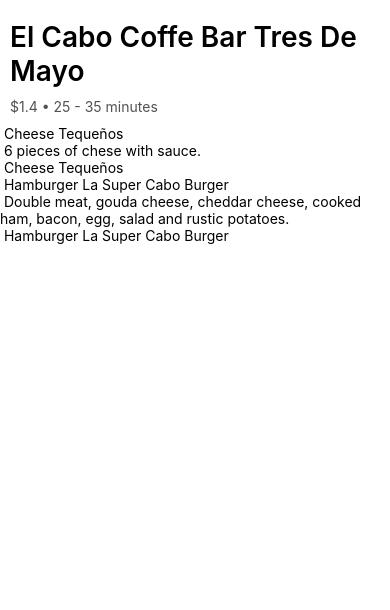
Repository: leroy-netizen/rn-uber-eats-client
Screen: /
An editor plug-in stored every save of this project. The screen is shown before and after the next save, followed by the edit.
The pictures show rows 234 to 844 of an output 844 px tall.
The app was drawn by React Native's web renderer in a window 390 px wide. The project was rebuilt for these pictures with package versions that can differ from the ones it lists, and the page was loaded fresh each time. Also part of the build but not shown: src/components/restaurantItem/RestaurantItem.jsx, src/screens/HomeScreen/index.js.

Above is the screen before, as saved 2023-01-16 16:25:08.

### App.js
import { StatusBar } from "expo-status-bar";
import { StyleSheet, Text, View, FlatList } from "react-native";
import HomeScreen from "./src/screens/HomeScreen/index.js";
import RestaurantDetails from "./src/screens/ResturantDetailsScreen/index.js";
export default function App() {
  return (
    <View style={styles.container}>
      {/* <HomeScreen /> */}
      <RestaurantDetails />
      <StatusBar style="light" />
    </View>
  );
}

const styles = StyleSheet.create({
  container: {
    flex: 1,
    backgroundColor: "#fff",
    alignItems: "center",
    justifyContent: "center",
    // padding: 10,
    // paddingVertical: 30,
  },
});

### src/screens/ResturantDetailsScreen/index.js
import { View, Text, Image, StyleSheet, FlatList } from "react-native";
import { Ionicons } from "@expo/vector-icons";
import restaurants from "../../../assets/data/restaurants.json";
import DishListItem from "../../components/DishListItem";
const restaurant = restaurants[0];
const RestaurantDetails = () => {
  return (
    <View style={styles.page}>
      <Image
        source={{ uri: restaurant.image }}
        style={styles.image}
        resizeMode="cover"
      />
      <View style={styles.iconContainer}>
        <Ionicons name="arrow-back-circle" size={35} color="white" />
      </View>
      <View style={styles.container}>
        <Text style={styles.title}>{restaurant.name}</Text>
        <Text style={styles.subtitle}>
          ${restaurant.deliveryFee} &#8226; {restaurant.minDeliveryTime} -{" "}
          {restaurant.maxDeliveryTime} minutes
        </Text>
          </View>
          <DishListItem dish={ restaurant.dishes[0]} />
          <DishListItem dish={ restaurant.dishes[1]} />
    </View>
  );
};

const styles = StyleSheet.create({
  page: {
    flex: 1,
  },
  image: {
    width: "100%",
    aspectRatio: 5 / 3,
  },
  iconContainer: {
    position: "absolute",
    top: 35,
    left: 15,
  },
  container: {
    margin: 10,
  },
  title: {
    fontWeight: "600",
    fontSize: 28,
    marginVertical: 10,
  },
  subtitle: {
    color: "#525252",
  },
});

export default RestaurantDetails;

### assets/data/restaurants.json
[
  {
    "id": "1",
    "name": "El Cabo Coffe Bar Tres De Mayo",
    "deliveryFee": 1.4,
    "minDeliveryTime": 25,
    "maxDeliveryTime": 35,
    "rating": 4.0,
    "image": "https://notjustdev-dummy.s3.us-east-2.amazonaws.com/uber-eats/restaurant1.jpeg",
    "dishes": [
      {
        "name": "Cheese Tequeños",
        "description": "6 pieces of chese with sauce.",
        "price": 6.9,
        "image": "https://notjustdev-dummy.s3.us-east-2.amazonaws.com/uber-eats/restaurant2.jpeg"
      },
      {
        "name": "Hamburger La Super Cabo Burger",
        "description": "Double meat, gouda cheese, cheddar cheese, cooked ham, bacon, egg, salad and rustic potatoes.",
        "price": 8.9,
        "image": "https://notjustdev-dummy.s3.us-east-2.amazonaws.com/uber-eats/restaurant3.jpeg"
      },
      {
        "name": "U.S.A. Burger",
        "description": "Beef, gouda cheese, cheddar cheese, cooked ham, bacon, egg and salad.",
        "price": 5.4
      },
      {
        "name": "Slices of Llanero Cheese",
        "description": "Ripe plantain with cheese and palm honey.",
        "price": 5.9
      },
      {
        "name": "Papas Locas El Cabo",
        "description": "French fries with shredded chicken, gouda cheese and ham.",
        "price": 7.9
      }
    ]
  },
  {
    "id": "2",
    "name": "Tony Roma's - C.C. Meridiano",
    "deliveryFee": 0.4,
    "minDeliveryTime": 25,
    "maxDeliveryTime": 35,
    "rating": 4.7,
    "image": "https://notjustdev-dummy.s3.us-east-2.amazonaws.com/uber-eats/restaurant2.jpeg",
    "dishes": [
      {
        "name": "Cajun Ribs",
        "description": "For lovers of a spicy touch. Ribs bathed in our Original sauce accompanied by Cajun spices. Served with French fries and coleslaw.",
        "price": 18.95
      },
      {
        "name": "The Original Baby Backs",
        "description": "The house specialty. Pork ribs cooked on the barbecue and marinated with our original barbecue sauce. Served with French fries and coleslaw.",
        "price": 19.95
      },
      {
        "name": "Carolina Honey",
        "description": "Our famous ribs marinated with our Carolina honey sauce, a mixture of honey with our original sauce. Ideal for those looking for a sweet touch. Served with French fries and coleslaw.",
        "price": 18.95,
        "image": "https://notjustdev-dummy.s3.us-east-2.amazonaws.com/uber-eats/restaurant2.jpeg"
      },
      {
        "name": "Onion Rings",
        "description": "Los tradicionales aros de cebolla de tony roma's dorados, crujientes y ligeros. Únicos en el mundo, acompañados de salsa BBQ.",
        "price": 6.95
      },
      {
        "name": "Nachos Tony Roma's",
        "description": "The best selling nachos! with our blend of melted cheeses, accompanied by guacamole, crispy bacon, ranch beans, and sour cream.",
        "price": 10.95
      }
    ]
  },
  {
    "id": "3",
    "name": "Brothers Barbecue",
    "deliveryFee": 1.4,
    "minDeliveryTime": 20,
    "maxDeliveryTime": 30,
    "rating": 4.3,
    "image": "https://notjustdev-dummy.s3.us-east-2.amazonaws.com/uber-eats/restaurant3.jpeg",
    "dishes": [
      {
        "name": "Burger Mustang",
        "description": "Homemade bread, burger sauce, lettuce, sweet and sour pickle, bacon, cheddar and BBQ sauce. Beef 180 grams.",
        "price": 5.9
      },
      {
        "name": "Alabama bread",
        "description": "Artisan bread, butter sauce, garlic, BBQ chicken and cheddar.",
        "price": 3.0
      },
      {
        "name": "New York Burger",
        "description": "Homemade bread, lettuce, burger sauce, 180 grams of beef, goat cheese and roasted apple.",
        "price": 5.9
      },
      {
        "name": "Mac & Cheese Burger",
        "description": "Homemade bread, lettuce, burger sauce, 180 grams of beef, mac and cheese, and American-style bacon.",
        "price": 5.9
      },
      {
        "name": "Nachos Brothers",
        "description": "Nachos, guacamole, cheddar sauce, beans, bacon, and cream cheese.",
        "price": 5.2
      }
    ]
  },
  {
    "id": "4",
    "name": "Hamburguesa Nostra La Salle",
    "deliveryFee": 0.9,
    "minDeliveryTime": 30,
    "maxDeliveryTime": 40,
    "rating": 4.5,
    "image": "https://notjustdev-dummy.s3.us-east-2.amazonaws.com/uber-eats/restaurant4.jpeg",
    "dishes": [
      {
        "name": "English burger",
        "description": "Beef with bacon, portobello mushrooms, tomato, cheddar cheese, grilled egg and our smoked sauce.",
        "price": 14.9
      },
      {
        "name": "Mexican Burger",
        "description": "Beef, with pico de gallo, veggie chili, cheddar cheese, guacamole and smoked sauce.",
        "price": 14.9
      },
      {
        "name": "Tequeños",
        "description": "Crispy sticks filled with melted cheese accompanied by tomato chutney.",
        "price": 9.9
      },
      {
        "name": "Starters Combo",
        "description": "Tequeños, crispy onion and chicken delicacies.",
        "price": 13.9
      },
      {
        "name": "Cesar Salad",
        "description": "Green sprouts, pieces of grilled bacon, chicken delicacies, grated Parmesan, muffin croutons and fried onion confetti dressed with Caesar sauce.",
        "price": 10.5
      }
    ]
  }
]

### src/components/DishListItem/index.js
import { View, Image, Text, FlatList, StyleSheet } from "react-native";

const DishListItem = ({dish}) => {
  return (
    <View>
          <Text> { dish.name}</Text>
          <Text> { dish.description}</Text>
          <Text> { dish.name}</Text>
    </View>
  );
};

const styles = StyleSheet.create({});
export default DishListItem;

After the next save:
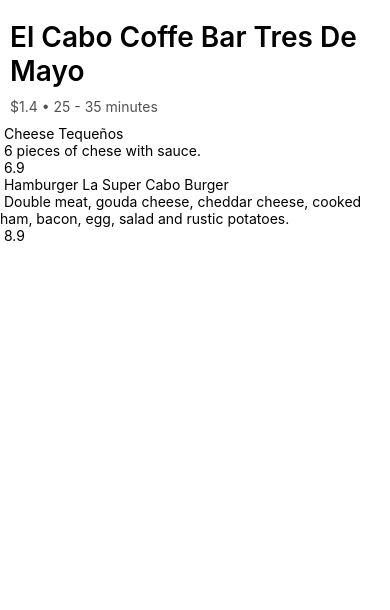
Saved 3 s later.
--- a/src/components/DishListItem/index.js
+++ b/src/components/DishListItem/index.js
@@ -5,7 +5,7 @@ const DishListItem = ({dish}) => {
     <View>
           <Text> { dish.name}</Text>
           <Text> { dish.description}</Text>
-          <Text> { dish.name}</Text>
+          <Text> { dish.price}</Text>
     </View>
   );
 };
